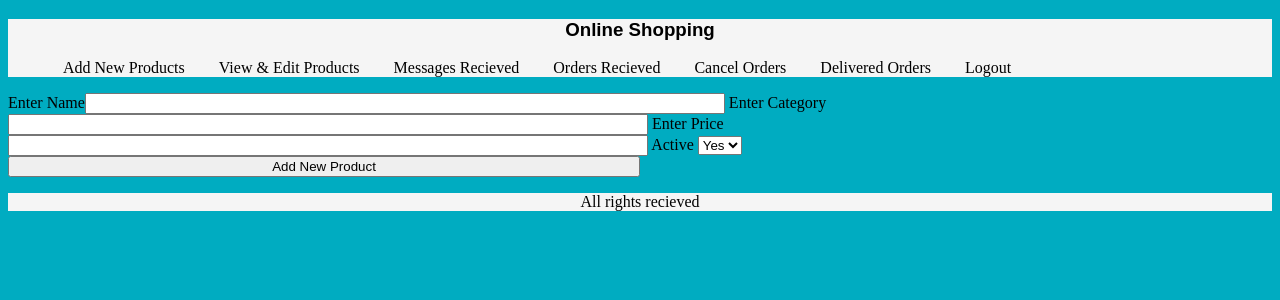
Repository: NidhiDaniel/E-Cart
Page: http://localhost/Online-Shopping-Cart/admin/addproduct.jsp
The author's editor kept a copy of each file at every save. The page is drawn from the files as they stood at one save, then again after the next save.
The browser window is 1280 px wide. The pictures show the whole page.
The page is served by Tomcat 9.

Above is the page before, as saved 2024-01-05 10:31:46.

After the next save:
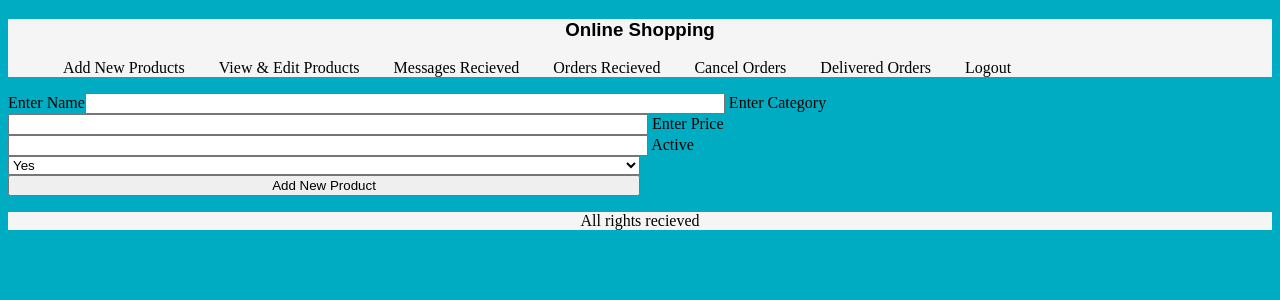
Saved 2 min 19 s later.
--- a/Online-Shopping-Cart/src/main/webapp/css/admin-product.css
+++ b/Online-Shopping-Cart/src/main/webapp/css/admin-product.css
@@ -2,7 +2,7 @@
 .product-container{
 	width:100%;
 }
-.product-form input{
+.product-form input,select{
 	width:50%;
 
 }
